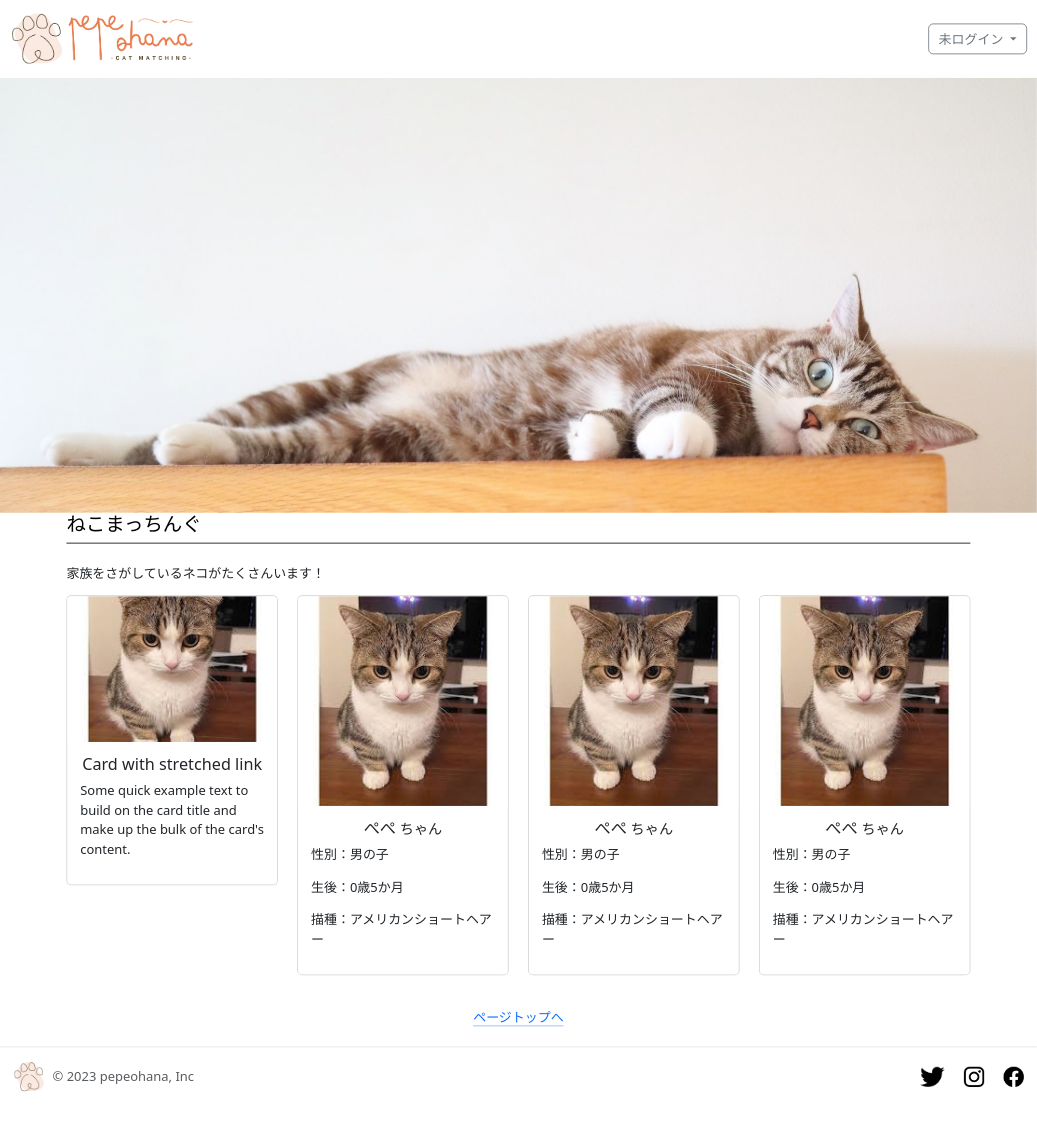
Repository: sakuwell/pepe
Page: http://localhost/PepeOhana/
An editor plug-in stored every save of this project. The page is shown before and after the next save, followed by the edit.
The browser window is 1280 px wide. The pictures show the whole page, at 81% of full size.
The page is served by Tomcat 9. Other server files are loaded and not shown.

Above is the page before, as saved 2023-09-06 03:24:32.

### ExWorkSpace/PepeOhana/src/main/webapp/index.jsp
<%@ page language="java" contentType="text/html; charset=UTF-8"
    pageEncoding="UTF-8"%>
<%@ page import="model.UsersInfoDto" %>

<!DOCTYPE html>
<html lang="ja">
<head>
    <meta charset="UTF-8">
    <meta name="viewport" content="width=device-width, initial-scale=1.0">
    <!-- Bootstrap CSS -->
    <link href="https://cdn.jsdelivr.net/npm/bootstrap@5.3.0/dist/css/bootstrap.min.css" rel="stylesheet" integrity="sha384-9ndCyUaIbzAi2FUVXJi0CjmCapSmO7SnpJef0486qhLnuZ2cdeRhO02iuK6FUUVM" crossorigin="anonymous">
    <script src="https://cdn.jsdelivr.net/npm/bootstrap@5.3.0/dist/js/bootstrap.bundle.min.js" integrity="sha384-geWF76RCwLtnZ8qwWowPQNguL3RmwHVBC9FhGdlKrxdiJJigb/j/68SIy3Te4Bkz" crossorigin="anonymous"></script>
    <title>Top | pepeohana</title>
</head>

<%
    // セッションを取得
	UsersInfoDto userInfoOnSession = (UsersInfoDto)session.getAttribute("LOGIN_INFO");
	boolean isLoggedIn = false;
	String userName = "";
	//HttpSession mysession = request.getSession(true);

    // セッションが存在し、username属性もセットされている場合はログイン済み
    if (userInfoOnSession != null) {
		userName = userInfoOnSession.getUserName();
        isLoggedIn = true;
    }
%>

<body>
	<% if (isLoggedIn) { %>
    <!-- ログイン済ヘッダー -->
    <nav class="navbar navbar-expand-lg navbar-light bg-white">
        <div class="container-fluid">
            <a class="navbar-brand" href="#">
                <img src="images/pepe_ohana_logo.png" alt="ページロゴ" width="auto" height="70">
            </a>
            <div class="btn-group">
                <button type="button" class="btn btn-secondary dropdown-toggle" data-bs-toggle="dropdown" aria-expanded="false">
                    userName
                </button>
                <ul class="dropdown-menu dropdown-menu-end">
                    <li><a class="dropdown-item" href="<%=request.getContextPath()%>/ExeMyPage">マイページ</a></li>
                    <li><a class="dropdown-item" href="<%=request.getContextPath()%>/ExeLogout">ログアウト</a></li>
                </ul>
            </div>
        </div>
    </nav>
    <!-- ログイン済ヘッダーここまで -->
    <% } else { %>
    <!-- 未ログインヘッダー -->
    <nav class="navbar navbar-expand-lg navbar-light bg-white">
    	<div class="container-fluid">
        	<a class="navbar-brand" href="#">
          		<img src="images/pepe_ohana_logo.png" alt="ページロゴ" width="auto" height="70">
          	</a>
         	<div class="btn-group">
            	<button type="button" class="btn btn-outline-secondary dropdown-toggle" data-bs-toggle="dropdown" aria-expanded="false">
             		 未ログイン
            	</button>
            	<ul class="dropdown-menu dropdown-menu-end">
              		<li><a class="dropdown-item" href="WEB-INF/view/Login.jsp">ログイン</a></li>
              		<li><a class="dropdown-item" href="view/registUser.jsp">新規ユーザー登録</a></li>
            	</ul>
          	</div>
        </div>
    </nav>
    <!-- 未ログインヘッダーここまで -->
    <% } %>


    <!-- ヒーロー画像 -->
    <img class="img-fluid" src="images/hero_4.jpg"  alt="top画像" style="max-height:600px; width:100%; object-fit: cover;">

    <!-- ここから下　ページごとの内容 -->
    <div>
        <!-- 検索フォームゾーン -->
        <div class="container">
            <div class="h4 pb-2 mb-4 text-black border-bottom border-black">
                ねこまっちんぐ
            </div>
                <p>家族をさがしているネコがたくさんいます！</p>
            <!-- 猫カード -->
            <div class="row">
 				<!-- カードのコンテンツ -->
               <!-- カードのコンテンツ -->
               <div class="col-6 col-md-4 col-lg-3">
                    <div class="card mb-3">
                        <img src="images/cat_1.jpg" style="height:180px; width: 100%; object-fit: cover;" class="card-img-top" alt="猫画像">
                        <div class="card-body">
                            <h5 class="card-title text-center">Card with stretched link</h5>
                            <p class="card-text text-right">Some quick example text to build on the card title and make up the bulk of the card's content.</p>
                            <div class="d-flex justify-content-center">
                                <a href="#" class="stretched-link"></a>
                            </div>
                        </div>
                    </div>
                </div>
 				<!-- カードのコンテンツ -->
                <div class="col-6 col-md-4 col-lg-3">
                    <div class="card mb-3">
                        <img src="images/ねこ_1.jpg" class="card-img-top" alt="猫画像" style="width:100%">
                        <div class="card-body">
                            <h5 class="card-title text-center">ぺぺ<small> ちゃん</small></h5>
                            <p class="card-text text-right">性別：男の子</p>
                            <p class="card-text text-right">生後：0歳5か月</p>
                            <p class="card-text text-right">描種：アメリカンショートヘアー</p>
                            <div class="d-flex justify-content-center">
                                <a href="#" class="stretched-link"></a>
                            </div>
                        </div>
                    </div>
                </div>
				<!-- カードのコンテンツ -->
                <div class="col-6 col-md-4 col-lg-3">
                    <div class="card mb-3">
                        <img src="images/ねこ_1.jpg" class="card-img-top" alt="猫画像" style="width:100%">
                        <div class="card-body">
                            <h5 class="card-title text-center">ぺぺ<small> ちゃん</small></h5>
                            <p class="card-text text-right">性別：男の子</p>
                            <p class="card-text text-right">生後：0歳5か月</p>
                            <p class="card-text text-right">描種：アメリカンショートヘアー</p>
                            <div class="d-flex justify-content-center">
                                <a href="#" class="stretched-link"></a>
                            </div>
                        </div>
                    </div>
                </div>
                <!-- カードのコンテンツ -->
                <div class="col-6 col-md-4 col-lg-3">
                    <div class="card mb-3">
                        <img src="images/ねこ_1.jpg" class="card-img-top" alt="猫画像" style="width:100%">
                        <div class="card-body">
                            <h5 class="card-title text-center">ぺぺ<small> ちゃん</small></h5>
                            <p class="card-text text-right">性別：男の子</p>
                            <p class="card-text text-right">生後：0歳5か月</p>
                            <p class="card-text text-right">描種：アメリカンショートヘアー</p>
                            <div class="d-flex justify-content-center">
                                <a href="#" class="stretched-link"></a>
                            </div>
                        </div>
                    </div>
                </div>
            </div>
        </div>
    </div>
    <!-- ここまで　ページごとの内容 -->

    <!-- フッター -->
    <div class="text-center mt-4">
        <a class="icon-link icon-link-hover" href="#">
            ページトップへ
        </a>
	</div>
	<footer class="d-flex flex-wrap justify-content-between align-items-center py-3 my-4 border-top">
    	<div class="col-md-4 d-flex align-items-center ms-3">
        	<a href="#" class="mb-3 me-2 mb-md-0"><img alt="ロゴ画像" src="images/nikukyu_logo.png" width="auto" height="40"></a>
          	<span class="mb-3 mb-md-0 text-body-secondary">© 2023 pepeohana, Inc</span>
        </div>
        <ul class="nav col-md-4 justify-content-end list-unstyled d-flex me-3">
            <li><a href="#"><img src=images/twitter_logo.png width="auto" height="25"></a></li>
            <li class="ms-4"><a href="#"><img src=images/insta_logo.png width="auto" height="25"></a></li>
            <li class="ms-4"><a href="#"><img src=images/facebook_logo.png width="auto" height="25"></a></li>
        </ul>
	</footer>
    <!-- フッター　ここまで -->

</body>
</html>

After the next save:
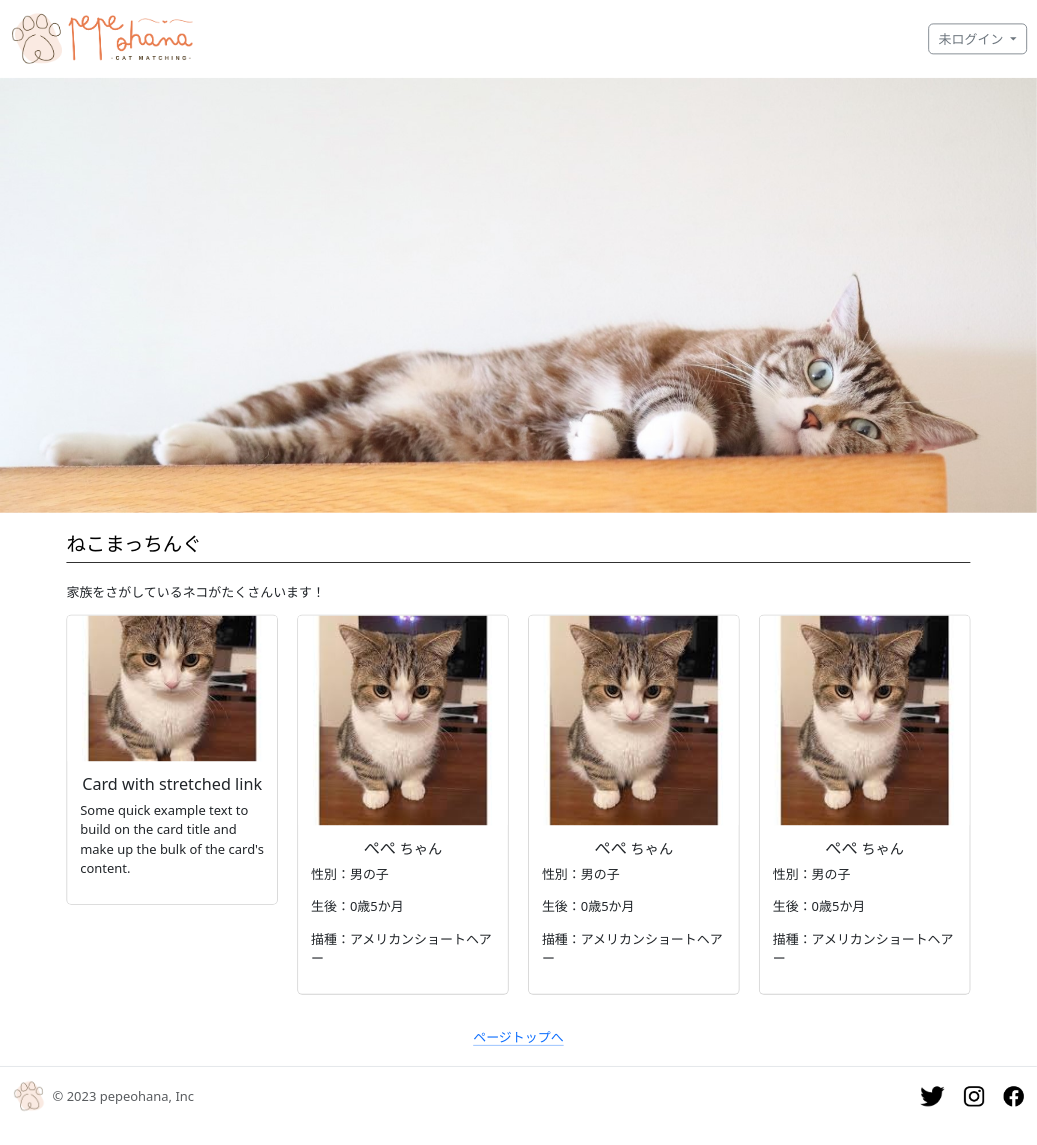
Saved 37 min 29 s later.
--- a/ExWorkSpace/PepeOhana/src/main/webapp/index.jsp
+++ b/ExWorkSpace/PepeOhana/src/main/webapp/index.jsp
@@ -70,7 +70,7 @@
 
 
     <!-- ヒーロー画像 -->
-    <img class="img-fluid" src="images/hero_4.jpg"  alt="top画像" style="max-height:600px; width:100%; object-fit: cover;">
+    <img class="img-fluid mb-4" src="images/hero_4.jpg"  alt="top画像" style="max-height:600px; width:100%; object-fit: cover;">
 
     <!-- ここから下　ページごとの内容 -->
     <div>
